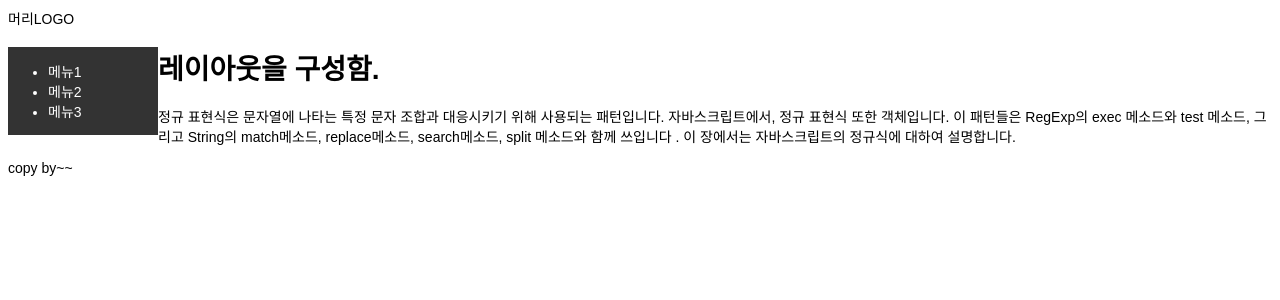
Repository: yoojisoo/YONSAI
Page: http://localhost/teatJava/
An editor plug-in stored every save of this project. The page is shown before and after the next save, followed by the edit.
The browser window is 1280 px wide. The pictures show the whole page.
The page is served by Tomcat 9.

Above is the page before, as saved 2021-08-23 05:24:35.

After the next save:
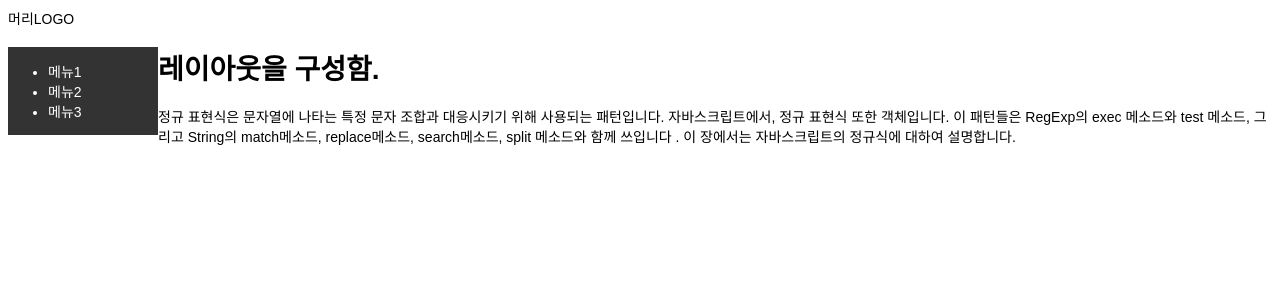
Saved 72 s later.
--- a/jsworkspace/teatJava/src/main/webapp/index.jsp
+++ b/jsworkspace/teatJava/src/main/webapp/index.jsp
@@ -51,9 +51,7 @@
 					이 패턴들은 RegExp의 exec 메소드와 test 메소드, 그리고 String의 match메소드, replace메소드, search메소드,
 					split 메소드와 함께 쓰입니다 . 이 장에서는 자바스크립트의 정규식에 대하여 설명합니다.
 				</p>
-				<div class="foot">
-				copy by~~
-				</div>
+				<jsp:include page="include/foot.jsp"></jsp:include>
 			</div>
 		</div>
 
